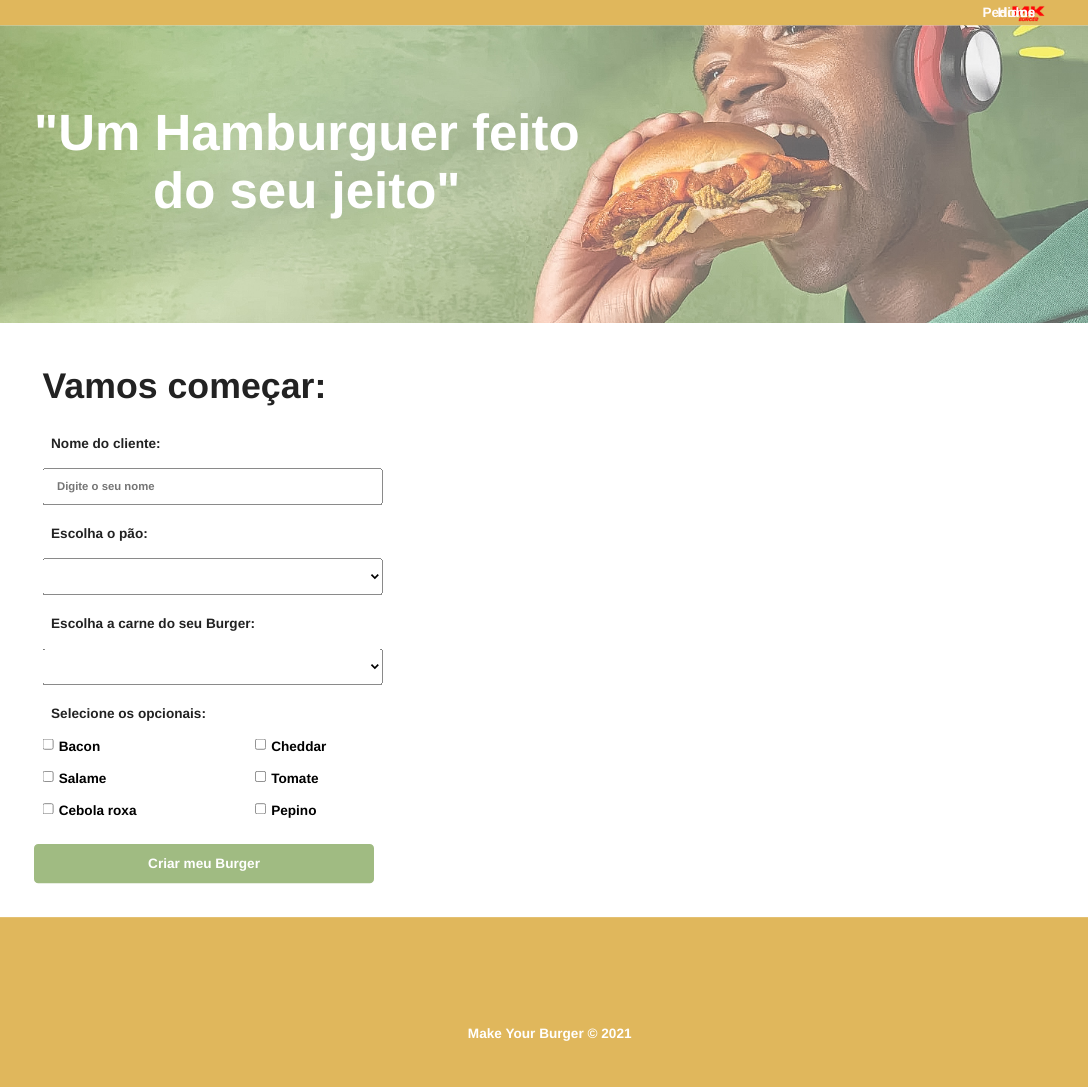
Repository: MarcoantonioCaldeira/Sistema-para-Hamburgueria
Page: /
These files come from the project's save history. The page is drawn as it stood at one moment and after the next save; the edit follows.
The browser window is 1280 px wide. The pictures show the whole page, at 85% of full size.
The project was rebuilt for these pictures with package versions that can differ from the ones it lists, and the page was loaded fresh each time. Requests to the local data server were answered from the project's data file. Also part of the build but not shown: vue.config.js.

Above is the page before, as saved 2022-11-02 18:04:11.

After the next save:
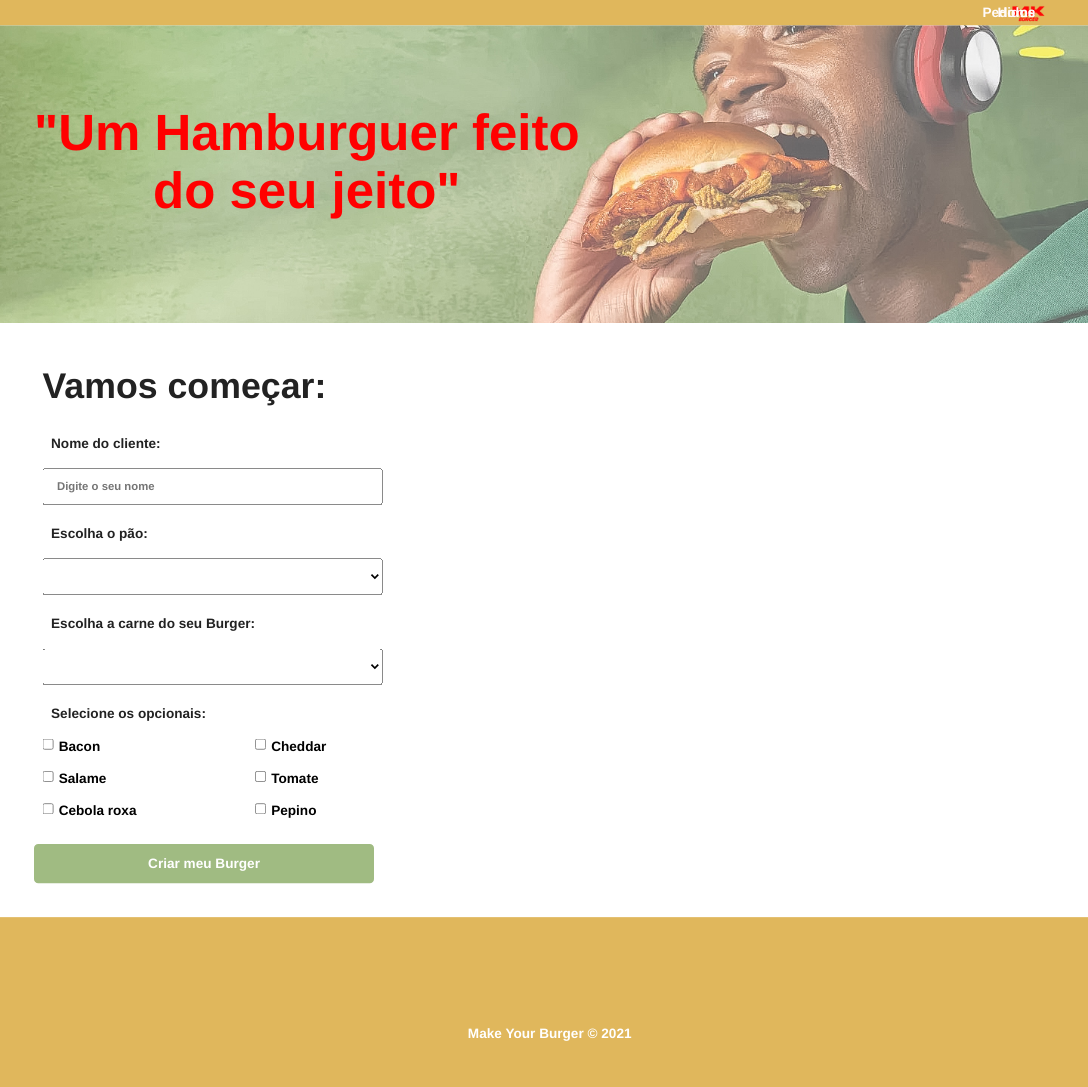
Saved 55 s later.
--- a/src/components/Banner.vue
+++ b/src/components/Banner.vue
@@ -23,7 +23,7 @@ export default{
 }
 
 #main-banner h1{
-    color: #fff;
+    color: red;
     text-align: center;
     font-size: 60px;
     padding: 20px 40px;
